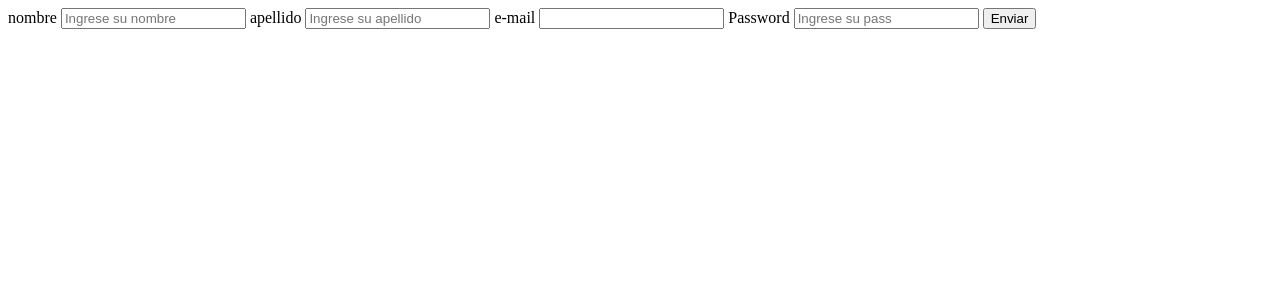
Repository: PabloSebastianPorto/Entrega-CV-1-ARG-PROG
Page: form.html
The author's editor kept a copy of each file at every save. The page is drawn from the files as they stood at one save, then again after the next save.
The browser window is 1280 px wide. The pictures show the whole page.

Above is the page before, as saved 2023-01-06 10:50:33.

After the next save:
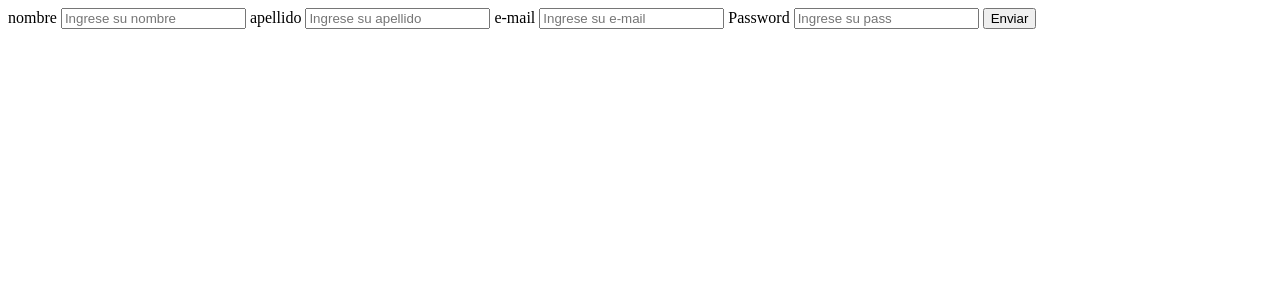
Saved 29 s later.
--- a/form.html
+++ b/form.html
@@ -17,7 +17,7 @@
         placeholder="Ingrese su apellido"
       />
       <label>e-mail</label>
-      <input type="email" name="E-mail" id="" />
+      <input type="email" name="E-mail" placeholder="Ingrese su e-mail" />
       <label>Password</label>
       <input type="password" name="password" placeholder="Ingrese su pass" />
       <input type="submit" value="Enviar" />
